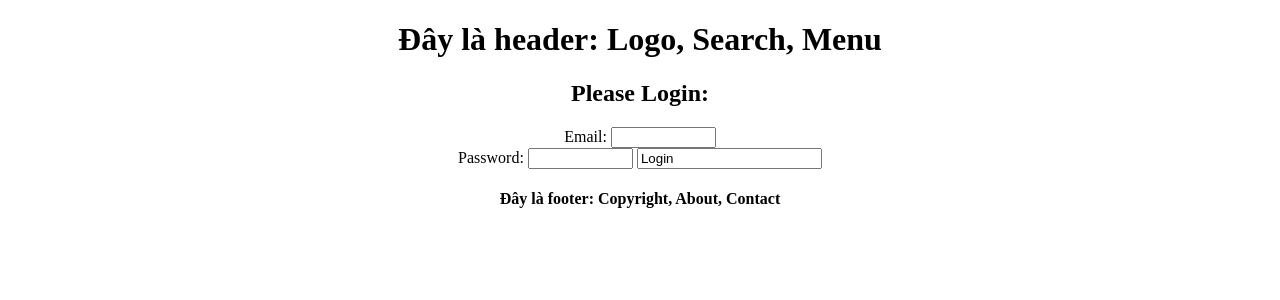
Repository: tranky1992/tranky1992.github.io
Page: http://localhost/BookStoreWebsite/frontend/login.jsp
These files come from the project's save history. The page is drawn as it stood at one moment and after the next save; the edit follows.
The browser window is 1280 px wide. The pictures show the whole page.
The page is served by Tomcat 9.

Above is the page before, as saved 2020-10-01 09:17:09.

After the next save:
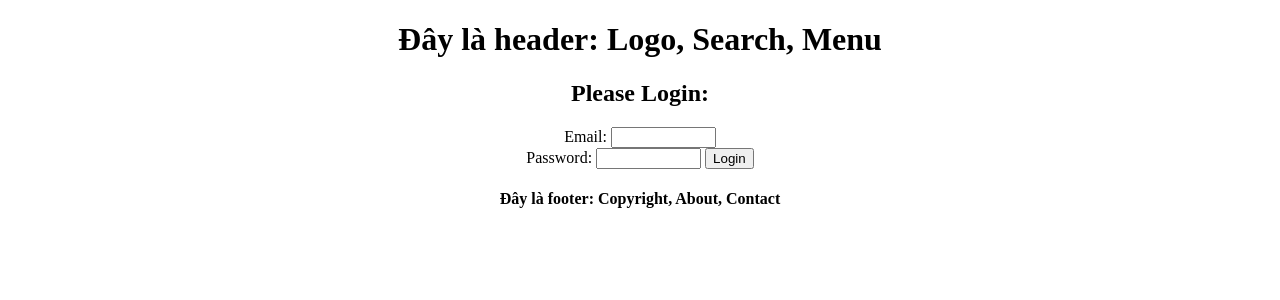
Saved 49 s later.
--- a/BookStoreWebsite/WebContent/frontend/login.jsp
+++ b/BookStoreWebsite/WebContent/frontend/login.jsp
@@ -14,7 +14,7 @@
 		<form action="">
 			Email: <input type="text" size ="10"><br>
 			Password: <input type="password" size ="10"/>
-			<input tpye="submit" value="Login" />
+			<input type ="submit" value="Login" />
 		</form>
 	</div>
 	<div align="center">
